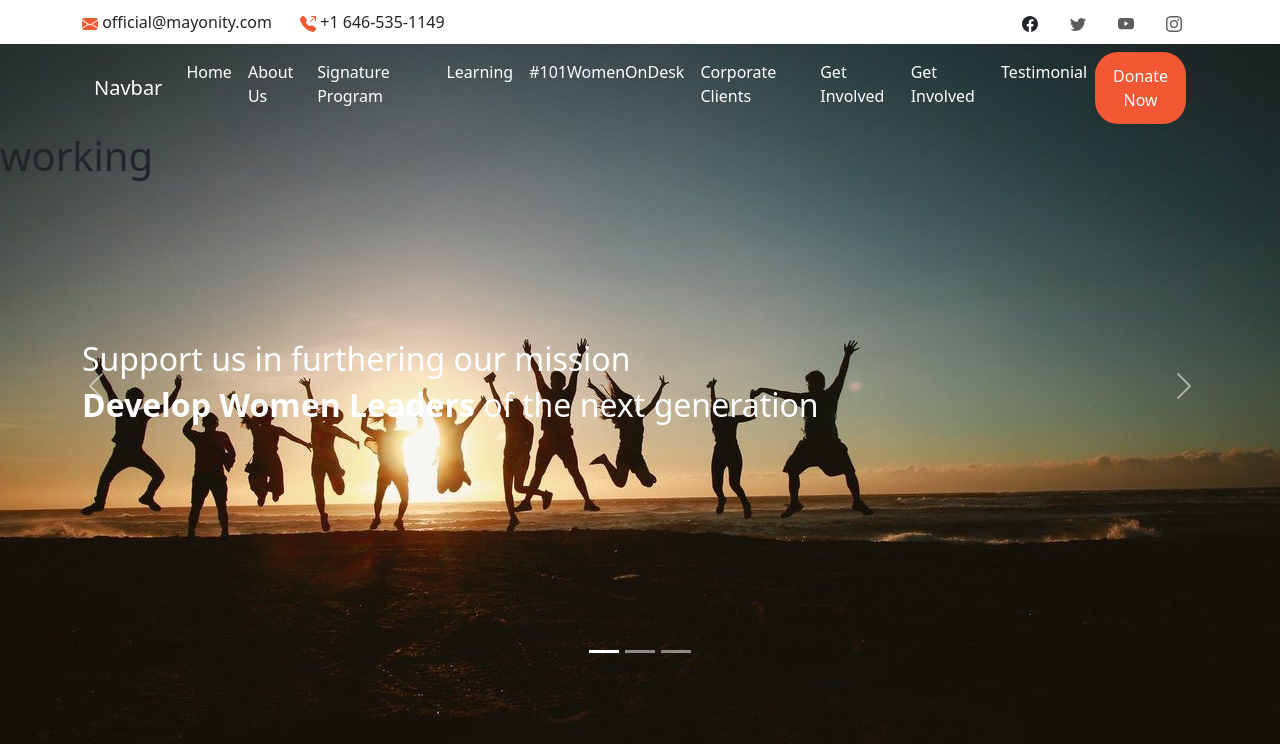
Repository: rizwan-zafar/wings
Page: /
These files come from the project's save history. The page is drawn as it stood at one moment and after a run of saves; the edit follows.
The browser window is 1280 px wide. The pictures show the whole page.
The project was rebuilt for these pictures with package versions that can differ from the ones it lists, and the page was loaded fresh each time.

Above is the page before, as saved 2022-11-26 22:31:19.

After the next 4 saves:
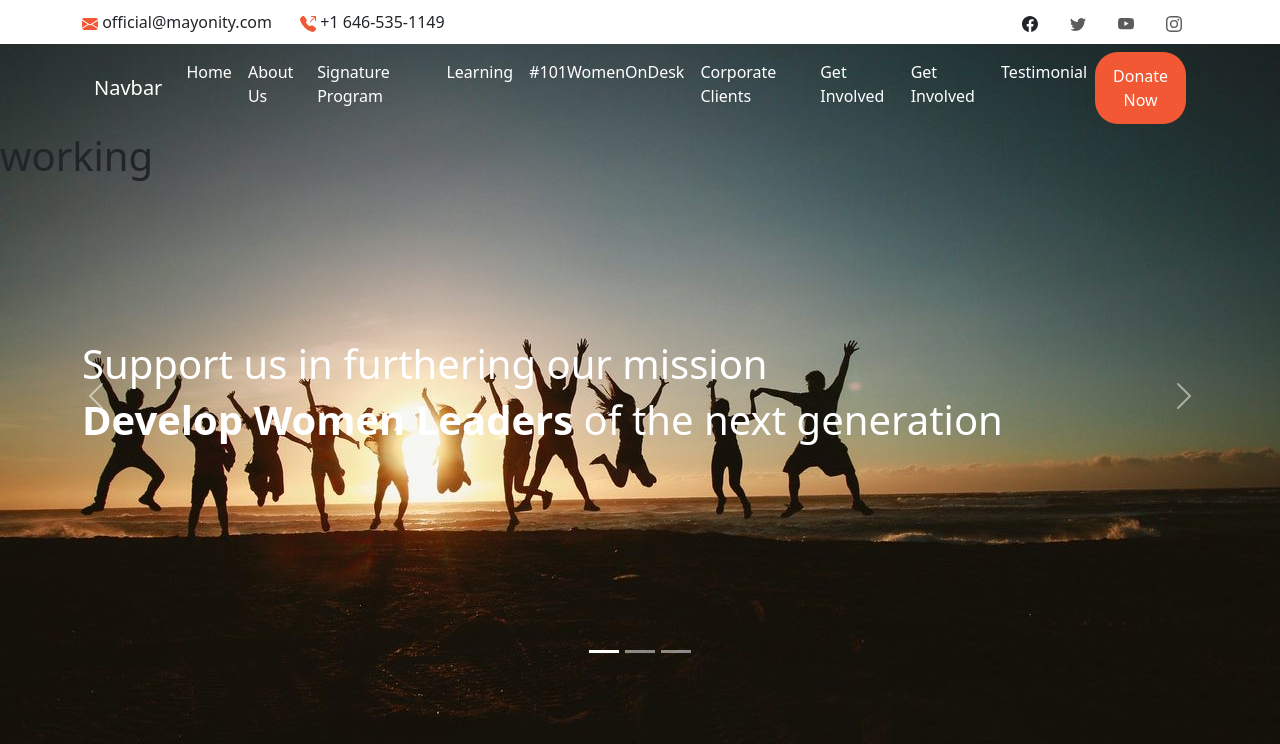
The 4 saves are shown as one change because they came seconds apart.
The last was saved 2 min 48 s later.
--- a/src/Components/Slider.js
+++ b/src/Components/Slider.js
@@ -16,8 +16,8 @@ export default function Slider() {
                     <div className="carousel-item active">
                         {/* <img src="https://thumbs.dreamstime.com/b/happy-active-kids-group-six-boys-team-sitting-grass-balls-smiling-sunny-summer-day-33824066.jpg" className="d-block w-100" alt="..." /> */}
                         <div>
-                            <h2>Support us in furthering our mission</h2>
-                            <h2><strong>Develop Women Leaders</strong> of the next generation</h2>
+                            <h1>Support us in furthering our mission</h1>
+                            <h1><strong>Develop Women Leaders</strong> of the next generation</h1>
                         </div>
                     </div>
                 </div>
